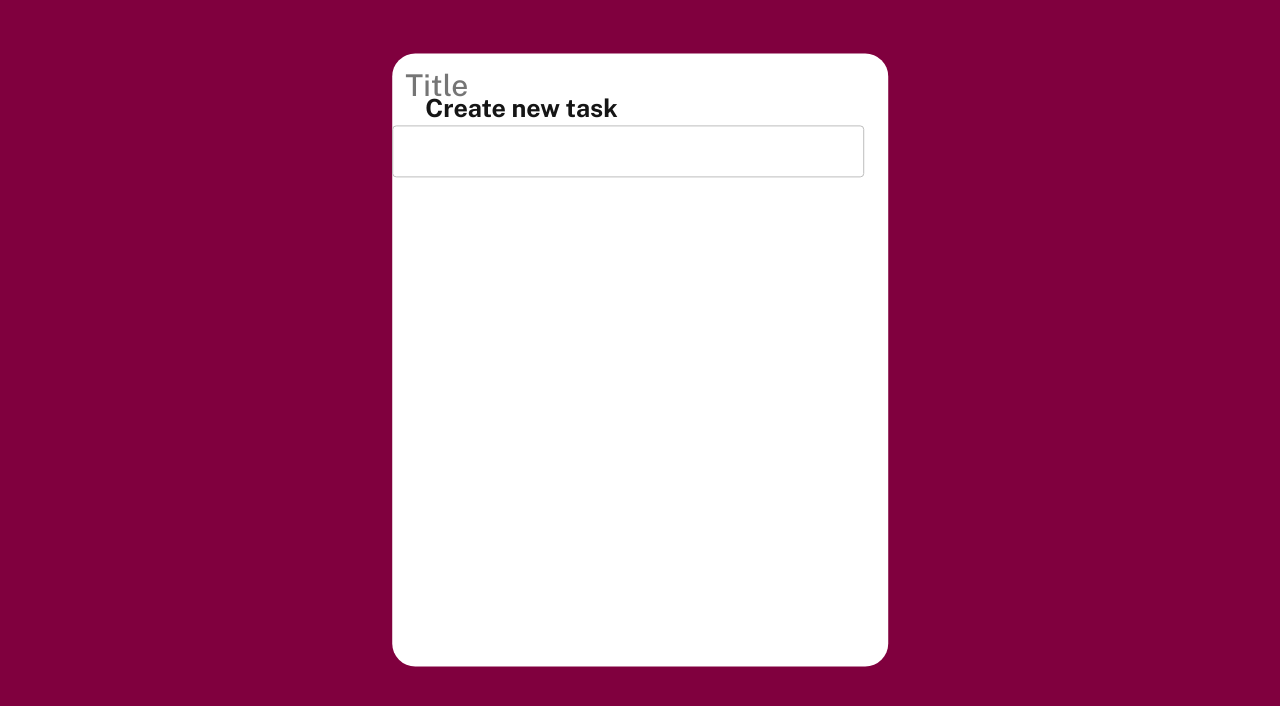
Repository: MorgunovaAlexandra/verstka-form
Page: index.html
These files come from the project's save history. The page is drawn as it stood at one moment and after the next save; the edit follows.
The browser window is 1280 px wide. The pictures show the whole page.
The style sheet was rebuilt from its Sass, Less or Tailwind sources for each picture, by a compiler version that may differ from the author's.

Above is the page before, as saved 2022-06-24 12:31:02.

### index.html
<!DOCTYPE html>
<html lang="ru">
<head>
    <meta charset="UTF-8">
    <meta http-equiv="X-UA-Compatible" content="IE=edge">
    <meta name="viewport" content="width=device-width, initial-scale=1.0">
    <link rel="stylesheet" href="./css/style.css">
    <title>Document</title>
</head>
<body>
    <div class="wrapper">
       <form class="form">
           <div class="fieldset">
            <legend><b>Create new task</b></legend>
            <div class="text-field">
                <input class="text-field__input" type="text" name="firstname" id="firstname"
                >
                <label class="text-field__label" for="username">Title</label>
              </div>
           </div>
        </form>
    </div>
</body>
</html>

### scss/style.scss
@import "variables";
@import "mixins";
@import url('https://fonts.googleapis.com/css2?family=Public+Sans:wght@500;700&display=swap');
body {
   @include vov(rgb(128, 0, 62));
   font-family:$fontFamily ;
   font-weight: $fontWaight;
   line-height: $lineHeight;
   color:$ColorGrey;
}
.form{
    width: 495.55px;
    height: 613.21px;
    background-color: white;
    border-radius: 23px;
     box-sizing: border-box;
    position: fixed; top: 50%; left: 50%;
    -webkit-transform: translate(-50%, -50%);
    -ms-transform: translate(-50%, -50%);
    transform: translate(-50%, -50%);
}
legend{
    margin-top: 40px;
    margin-left: 31px;
    font-weight: 700;
    font-size: 25px;
    color:$ColorBlack;
}
.text-field{

}
.text-field__input{
    display: block;
      width: 90%;
      height: calc(2.25rem + 2px);
      padding: 0.375rem 0.75rem;
      font-family: inherit;
      font-size: 1rem;
      font-weight: 400;
      line-height: 1.5;
      color: #212529;
      background-color: #fff;
      background-clip: padding-box;
      border: 1px solid #bdbdbd;
      border-radius: 0.25rem;
      transition: border-color 0.15s ease-in-out, box-shadow 0.15s ease-in-out;
    }
.text-field__label{
    display: block;
    position: absolute;
      top: 0;
      left: 0;
      height: 100%;
      padding: 1rem .75rem;
      pointer-events: none;
      border: 1px solid transparent;
      transform-origin: 0 0;
      transition: color .15s ease-in-out, transform .15s ease-in-out;
}

### scss/variables.scss
$bgColor: green;
$fontFamily:'Public Sans', sans-serif;
$fontWaight:500;
$lineHeight:31.86px;
$ColorBlack:#151515;
$ColorGrey:#757575;

### scss/mixins.scss
@mixin vov($color) {
    font-size: 30px;
    background-color:$color ;
}

After the next save:
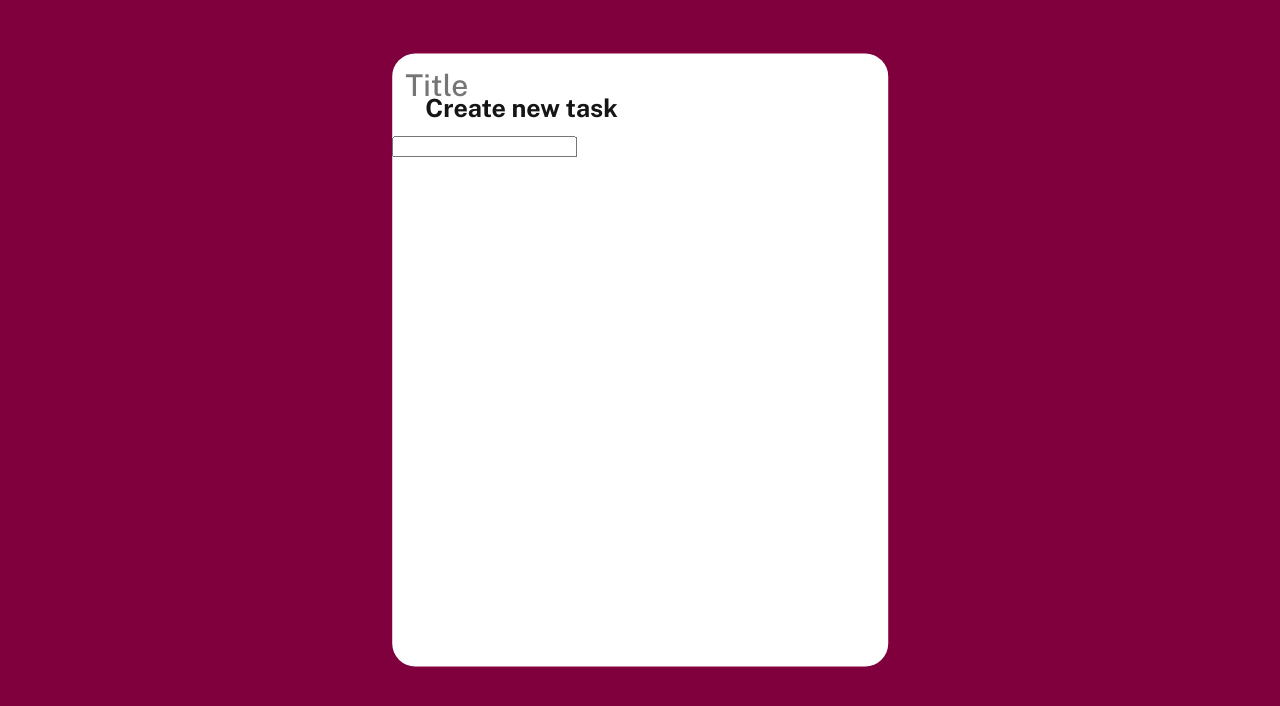
Saved 6 s later.
--- a/scss/style.scss
+++ b/scss/style.scss
@@ -30,20 +30,7 @@ legend{
 
 }
 .text-field__input{
-    display: block;
-      width: 90%;
-      height: calc(2.25rem + 2px);
-      padding: 0.375rem 0.75rem;
-      font-family: inherit;
-      font-size: 1rem;
-      font-weight: 400;
-      line-height: 1.5;
-      color: #212529;
-      background-color: #fff;
-      background-clip: padding-box;
-      border: 1px solid #bdbdbd;
-      border-radius: 0.25rem;
-      transition: border-color 0.15s ease-in-out, box-shadow 0.15s ease-in-out;
+
     }
 .text-field__label{
     display: block;
